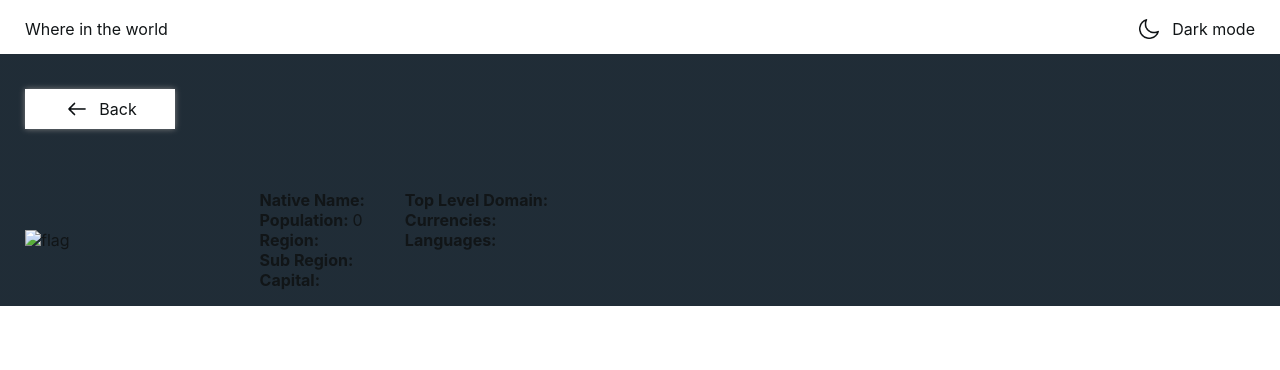
Repository: faithandjs/rest-countries-api
Page: /details
The author's editor kept a copy of each file at every save. The page is drawn from the files as they stood at one save, then again after the next save.
The browser window is 1280 px wide. The pictures show the whole page.
The page's requests for data from a server got no answer. The project was rebuilt for these pictures with package versions that can differ from the ones it lists, and the page was loaded fresh each time. No one was signed in, and anything a server would have sent is missing. Also part of the build but not shown: src/components/home.tsx.

Above is the page before, as saved 2022-04-16 01:29:44.

### src/App.tsx
import React, {useContext} from 'react';
import Home from './components/home';
import Details from './components/details';
import Nav from './components/nav';
import { Routes, Route } from "react-router-dom"
import Parent, {Wrapper} from './components/parent'

function App() {
  return (
    <div className='app light' style={{height: '100%', width: '100%'}}>
      <Parent>
        <Nav/>
        <Routes >
          <Route path='/' element={<Home/>}/>
          <Route path='details' element={<Details/>}/>
        </Routes>
      </Parent>
    </div>
  );
}

export default App;

### src/components/details.tsx
import React, {useContext} from 'react';
import { useEffect } from 'react';
import { useState } from 'react';
import { Link } from "react-router-dom";
import {Wrapper} from './parent';
import {arrItem, contextType, detailsType} from './type'

//create state that is part of the redux ish that can be updated on click to
//1. change light and dark icons
//3. set paths and alt texts
function Details() {
    const {data, details, currentIcons, settingDetails } = useContext(Wrapper) as contextType
    const [lang, setLang] = useState<any[]>([])

    useEffect(
        ()=>{
            let arr:any[] = []
                Object.entries(details.languages).forEach(([key, value], index) => {
                arr.push(value)
        })
            setLang(arr)
        }, [details]
    )
    const borderClick = (testName:string) => {
        data.map((item )=> {
            if (item.name.common === testName){
                settingDetails(item)
            }
        })
    }
    const borderCheck = () => {
        if (details.borders.length === 0 || details.borders === undefined){
            return null
        }else{
            return(
            <div className='border'>
                <div className='border-title'>border countries: </div>
                <div className='borders'>
                    {details.borders.map((item, index) => {

                    return <div onClick={() => borderClick(item) }>{item }</div>
                        })}
                </div>
            </div>)
        }
    }
    return (
        <div className='details'>
            <Link to='/'><div className='back'><img src={currentIcons.arrow} alt='left arrow, back icon'/> <span>Back</span></div></Link>
            <div className='content'>
                <div className='flag'><img src={details.flag} alt='flag'/></div>
                <div className='moreContent'>
                    <div className='name'>{details.name} </div>
                    <div className='lists'>
                        <ul>
                            <li><span>Native name: </span>{details.nativeName}</li>
                            <li><span>Population: </span>{details.population}</li>
                            <li><span>region: </span>{details.region}</li>
                            <li><span>sub region: </span>{details.subRegion}</li>
                            <li><span>capital: </span>{details.capital}</li>
                        </ul>
                        <ul>
                            <li><span>top level domain: </span>{details.tld}</li>
                            <li><span>currencies: </span>{details.currencies.map((item, index) => {
                                    if(index === 0){
                                        return `${item}`
                                    }else{
                                        return `, ${item}`
                                    }
                                })}</li>
                            <li><span>languages: </span>
                                {lang.map((item, index) => {
                                    if(index === 0){
                                        return `${item}`
                                    }else{
                                        return `, ${item}`
                                    }
                                })}
                            </li>

                        </ul>
                    </div>
                    {borderCheck()}
                </div>
            </div>
        </div>
    );
}

export default Details;

### src/components/nav.tsx
import React, {useContext} from 'react';
import {Wrapper} from './parent';
import {contextType, currentIconsType} from './type'

function Nav() {
    const { currentIcons, changeClasses } = useContext(Wrapper) as contextType
//console.log(currentIcons)
    return (
        <div className='navbar'>
            <div>Where in the world</div>
            <div onClick={() => changeClasses()} className='mode-box'>
                <img src={currentIcons.src} alt='mode icon' />
                <span>Dark mode</span>
            </div>
        </div>
    );
}

export default Nav;

### src/components/parent.tsx
import React, { createContext, useRef, useState, useEffect, useMemo, Props, ClassAttributes } from 'react';
import arrowWhite from './images/next.png'
import arrowBlack from './images/next (1).png'
import mode from './images/sleep-mode (1).png'
import modeFill from './images/sleep-mode (2).png'
import {arrItem, contextType, detailsType, items, currentIconsType} from './type'

export const Wrapper = createContext<contextType | null>(null)
const { Provider } = Wrapper
const Parent: React.FC<React.ReactNode> =({children}) => {
    const axios = require('axios').default;
    const [data, setData] = useState<arrItem[]>([])
    const modeIcons = {
        dark: {
            mode: modeFill,
            arrow: arrowWhite,
            text: 'Dark Mode'
        },
        light: {
            mode: mode,
            arrow: arrowBlack,
            text: 'Light Mode'
        }
    }
    const [details, setDetails] = useState<detailsType>(
        {
        flag: '',
        name: '',
        nativeName: '',
        population: 0,
        region: '',
        subRegion: '',
        capital: [],
        tld: [],
        currencies: [],
        languages: {},
        borders: []
    })

    const getLSD = localStorage.getItem('countries-data-details')
    const getLS = localStorage.getItem('countries-data')
    const passed = useRef<boolean>(false)
    const passed1 = useRef<boolean>(false)
    const native = useRef<string>('')
    const currency = useRef<string[]>([])
    const [currentIcons, setCurrentIcons] = useState<currentIconsType>({
        src: modeIcons.light.mode,
        arrow: modeIcons.light.arrow,
        text:  modeIcons.light.text
    })
    const changeClasses = () => {
        const box = document.querySelector('.app')?.classList
        if(document.querySelector('.light')){
             box?.add('dark')
             box?.remove('light')
             setCurrentIcons({
                src: modeIcons.dark.mode,
                arrow: modeIcons.dark.arrow,
                text:  modeIcons.dark.text
             })
        }else if(document.querySelector('.dark' )){
            setCurrentIcons({
                src: modeIcons.light.mode,
                arrow: modeIcons.light.arrow,
                text:  modeIcons.light.text
             })
            box?.add('light')
            box?.remove('dark')
        }
     }
    const settingDetails = (obj:arrItem) => {
        data.map((item, index) => {
            if (item.name.common === obj.name.common){
            const active = data[index]
            const nativeNames = active.name.nativeName;
            Object.entries(nativeNames).forEach(([key, value], index) => {
                if (index === (Object.keys(nativeNames).length - 1)){
                    native.current = value.common
                }
              });
            let arr:string[] = []
            Object.entries(active.currencies).forEach(([key, value], index) => {
                arr.push(value.name)
            });
            let arr2:string[] = []
            if (active.borders){
                active.borders.map(item => {
                    let item1 = item
                    data.map(item => {
                        if (item.cca3 === item1){
                            arr2.push(item.name.common)
                        }
                    })
                })
            }
            setDetails({
                flag: active.flags.svg,
                name: active.name.common,
                nativeName: native.current,
                population: active.population,
                region: active.region,
                subRegion: active.subregion,
                capital: active.capital,
                tld: active.tld,
                currencies: arr,
                languages: active.languages,
                borders: arr2
            })
            }
        })

    }

    useEffect(
        () => {
            if(!passed.current){
                console.log(passed, 'lsd')
                if(  getLSD   ){
                    console.log(getLSD,JSON.parse(getLSD!).name !== '')
                    if(JSON.parse(getLSD!).name !== ''){
                        setDetails(JSON.parse(getLSD!))
                        console.log('here')
                    }
                }
            }
        },[]
    )
    useEffect(
        () => {
            if(passed.current){localStorage.setItem('countries-data-details', JSON.stringify(details))}
        }
    , [details])
    useEffect(
        () => {
            if(!passed.current){

            console.log(passed, 'ls')
                if( getLS === 'undefined' || getLS === null || getLS === '[]'){
                axios.get('https://restcountries.com/v3.1/all')
                .then(function (response:any) {
                    setData(response.data)
                })
                .catch(function (error:any) {
                    console.log(error);
                  })
                }else{
                    setData(JSON.parse(getLS))
                }
                passed.current = true;
            }
        }
            ,[])
    const value:contextType = useMemo(
        () => ({data, details, currentIcons, changeClasses, settingDetails})
        , [data, details, currentIcons, changeClasses, settingDetails]
    )
    return (
        <Provider value={value}>
           {children}
        </Provider>
    );
}
export default Parent;

### src/components/style/style.scss
$DarkBlue: hsl(209, 23%, 22%); // (Dark Mode Elements)
$VeryDarkBlue: hsl(207, 26%, 17%); //(Dark Mode Background)
$VeryDark: hsl(200, 15%, 8%); //(Light Mode Text)
$DarkGray: hsl(0, 0%, 52%); //(Light Mode Input)
$VeryLightGray: hsl(0, 0%, 98%); // (Light Mode Background)
$White: hsl(0, 0%, 100%); //(Dark Mode Text & Light Mode Elements)
$shadow: 0px 0px 1px 0.2px ;
@mixin theme ($bg, $element, $text, $shadowColor) {
    background: $bg;
    color: $text;
    .navbar{
        background-color: $element;
    }
    a:-webkit-any-link{
        color: $text;
    }
    .details{
        .borders div, .back{
            background-color: $element;
        }
        .borders div{
            box-shadow: 0px 0px 3px 0.1px $shadowColor;
        }
        .back{
            box-shadow: 0px 0px 6px 0.2px $shadowColor;
        }
    }
    .home{
        form{
            div{
                box-shadow: $shadow $shadowColor;
                input{
                    background-color: $element;
                    color: $text;
                }
                background-color: $element;
            }
            select{
                box-shadow: $shadow $shadowColor;
                background-color: $element;
                color: $text;
            }
        }
        .all-flags{
            .a-flag{
                background-color: $element;
                box-shadow: $shadow $shadowColor;
            }
        }
    }

}
.dark{
    @include theme($VeryDarkBlue, $DarkBlue , $White, $VeryDark)
}
.light{
    @include theme($VeryLightGray, $White , $VeryDark, $DarkGray )
}
.app{
    //overflow: hidden;
    background: linear-gradient(45deg, hsl(207deg, 26%, 17%), hsl(207deg, 26%, 17%) ) no-repeat fixed center;
}
.navbar{
    display: flex;
    justify-content: space-between;
    padding: 15px 25px;
    align-items: baseline;
    /*position: fixed;
    top: 0;
    left: 0;*/
    img{
        width: 20px;
        padding: 0 13px 0 1px ;
        position: relative;
        top: 4px;
    }
    //color at the bottom?
    //also this part is diffrent from background
}
.details {
    margin: 0 25px 25px;
    .back{
        width: 150px;
        height: 40px;
        margin: 35px 0 45px 0;
        text-align: center;
        display: flex;
        justify-content: center;
        align-items: center;
        img{
            transform: rotate(180deg) scale(0.15);
        }
        span{
            position: relative;
            left: -50px;
        }
        img, span{
            padding: 0 4px;
        }
    }
    .content{
        .flag{
            img{
                width: 500px;
                padding-right: 150px;
            }
        }
        display: flex;
        align-items: center;
        .moreContent{
            span, .border-title{
                font-weight: bold;
                text-transform: capitalize;
            }
            .name{
                font-weight: bold;
            }
            .lists{
                display: flex;
                ul{
                    list-style-type: none;
                }
            }
            .border{
                display: flex;
                align-items: baseline;
                .borders{
                    display: flex;
                    flex-wrap: wrap;
                    div{
                        min-width: 100px;
                        margin: 0 10px 15px;
                        padding: 7px 12px;
                        text-align: center;
                    }
                }
            }
        }
    }
}
a:-webkit-any-link {
    text-decoration: none;
}
.mode-box:hover, select:hover, .border div:hover{
    cursor: pointer;
 }
.home{
    form{
        display: flex;
        justify-content: space-between;
        padding: 25px;
        input, select{
            outline: 0;
        }
        div{
            width: 300px;
            padding: 15px 7px;
            display: flex;
            border-radius: 4px;
            img{
                width: 17px;
                padding: 0 10px;
            }
            input{
                border: 0;
            }
        }
        select{
            border-radius: 4px;
            width: 130px;
            border: 0;
            padding: 15px 7px;
        }
    }
    .all-flags{
        display: flex;
        flex-wrap: wrap;
        justify-content: space-around;
        margin: 0 15px;
        .a-flag{
            margin: 0 15px 35px;
            //padding: 10px;
            width: 280px;
            height: 330px;
            border-radius: 7px;
            //background-color: $White; //set!!!!!!
            .flag-box{
                height: 170px;
                width: 100%;
                img{
                    width: -webkit-fill-available;
                    height: 100%;
                    object-fit: fill;
                    border-top-left-radius: 7px;
                    border-top-right-radius: 7px;
                }
            }
            .text{
                padding: 0 6px;
                span{
                    text-transform: capitalize;
                    font-weight: bold;
                }
            }
        }
    }//0px 0px 4px 0.3px hsl(200deg 15% 8%) box shadow
}

Loaded but not shown: src/index.tsx (common file); src/index.css (common file); src/reportWebVitals.ts (common file)

After the next save:
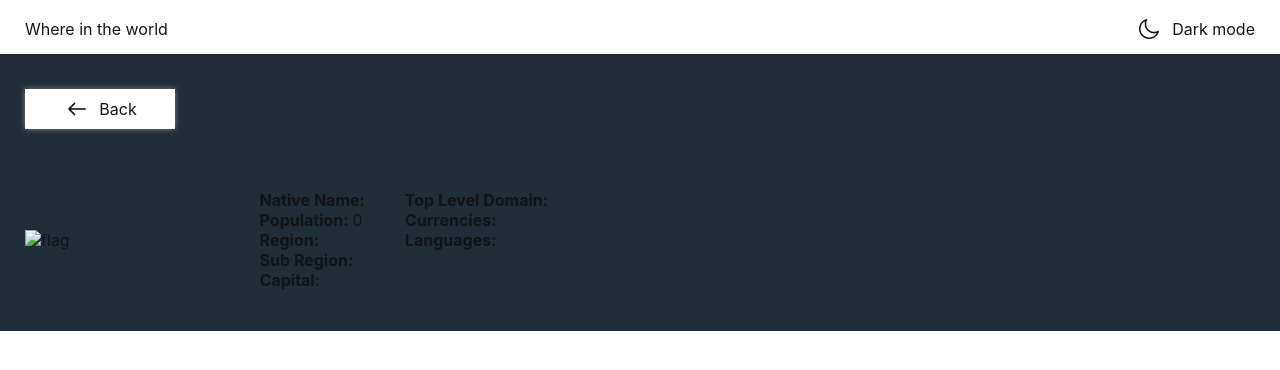
Saved 34 s later.
--- a/src/components/style/style.scss
+++ b/src/components/style/style.scss
@@ -78,7 +78,7 @@ $shadow: 0px 0px 1px 0.2px ;
     //also this part is diffrent from background
 }
 .details {
-    margin: 0 25px 25px;
+    padding: 0 25px 25px;
     .back{
         width: 150px;
         height: 40px;
